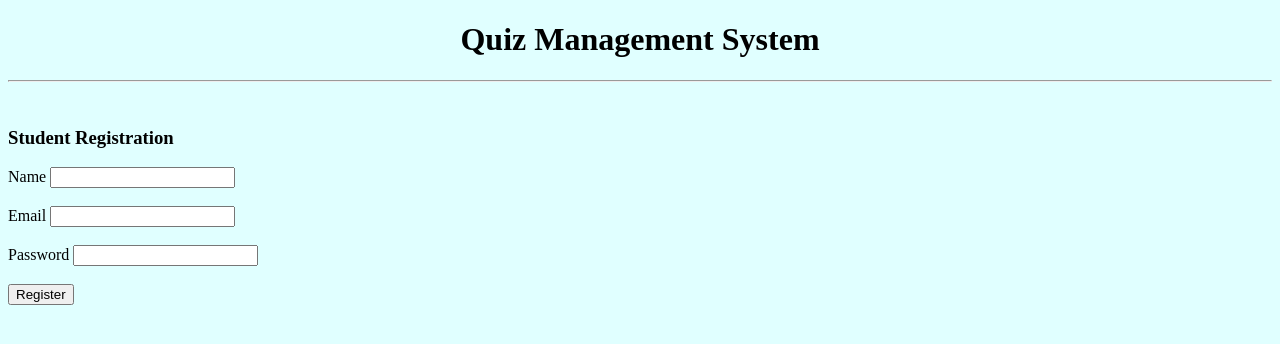
Repository: Rohitsenpai01/Quiz-Manangement-System
Page: http://localhost/WebQuizApp/newstudent.jsp
These files come from the project's save history. The page is drawn as it stood at one moment and after the next save; the edit follows.
The browser window is 1280 px wide. The pictures show the whole page.
The page is served by Tomcat 9. Other server files are loaded and not shown.

Above is the page before, as saved 2025-12-29 06:19:02.

### WebQuizApp/WebQuizApp/src/main/webapp/newstudent.jsp
<%@ page language="java" contentType="text/html; charset=UTF-8"
    pageEncoding="UTF-8"%>
<!DOCTYPE html>
<html>
<head>
<meta charset="UTF-8">
<title>Insert title here</title>
</head>
<body bgcolor="${initParam.theme}">
	<h1 style="text-align: center;">${initParam.appTitle}</h1><hr><br>
	<div style="text-ali: ">
		<h3>Student Registration</h3>
		<form method="post" action="register.jsp">
			Name <input type="text" name="name"><br><br>
			Email <input type="text" name="email"><br><br>
			Password <input type="password" name="passwd"><br><br>
			<input type="submit" value="Register">
		</form>
	</div>
</body>
</html>

After the next save:
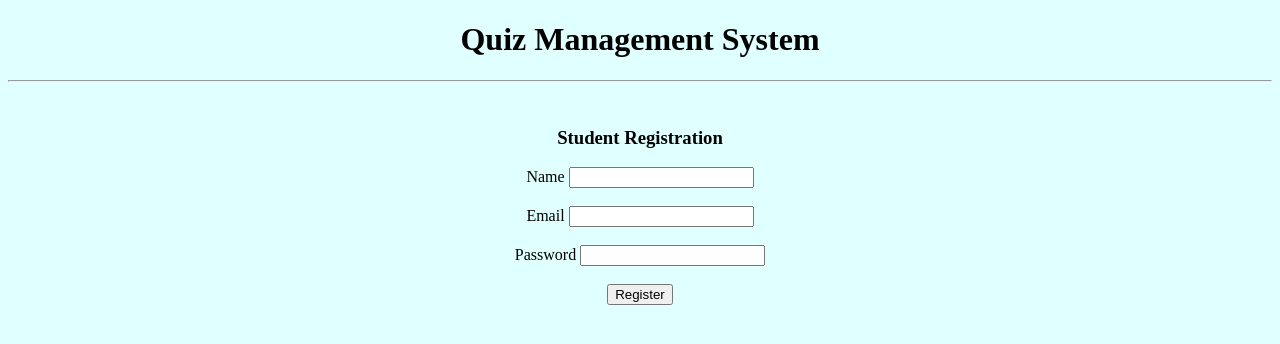
Saved 37 s later.
--- a/WebQuizApp/WebQuizApp/src/main/webapp/newstudent.jsp
+++ b/WebQuizApp/WebQuizApp/src/main/webapp/newstudent.jsp
@@ -8,7 +8,7 @@
 </head>
 <body bgcolor="${initParam.theme}">
 	<h1 style="text-align: center;">${initParam.appTitle}</h1><hr><br>
-	<div style="text-ali: ">
+	<div style="text-align: center;">
 		<h3>Student Registration</h3>
 		<form method="post" action="register.jsp">
 			Name <input type="text" name="name"><br><br>
